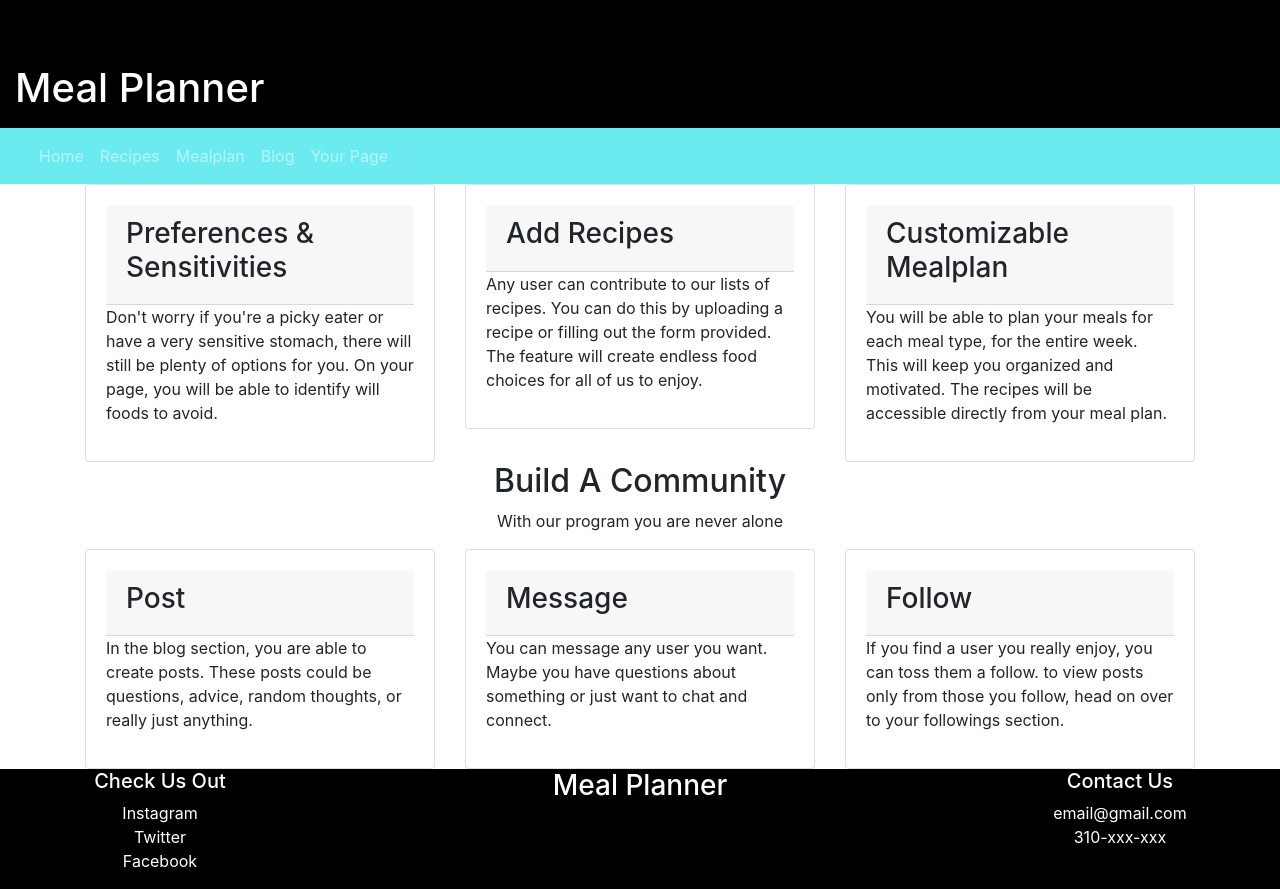
Repository: madisonisfan/mealplanner-react
Page: /
The author's editor kept a copy of each file at every save. The page is drawn from the files as they stood at one save, then again after the next save.
The browser window is 1280 px wide. The pictures show the whole page.
The project was rebuilt for these pictures with package versions that can differ from the ones it lists, and the page was loaded fresh each time.

Above is the page before, as saved 2021-04-18 14:06:06.

After the next save:
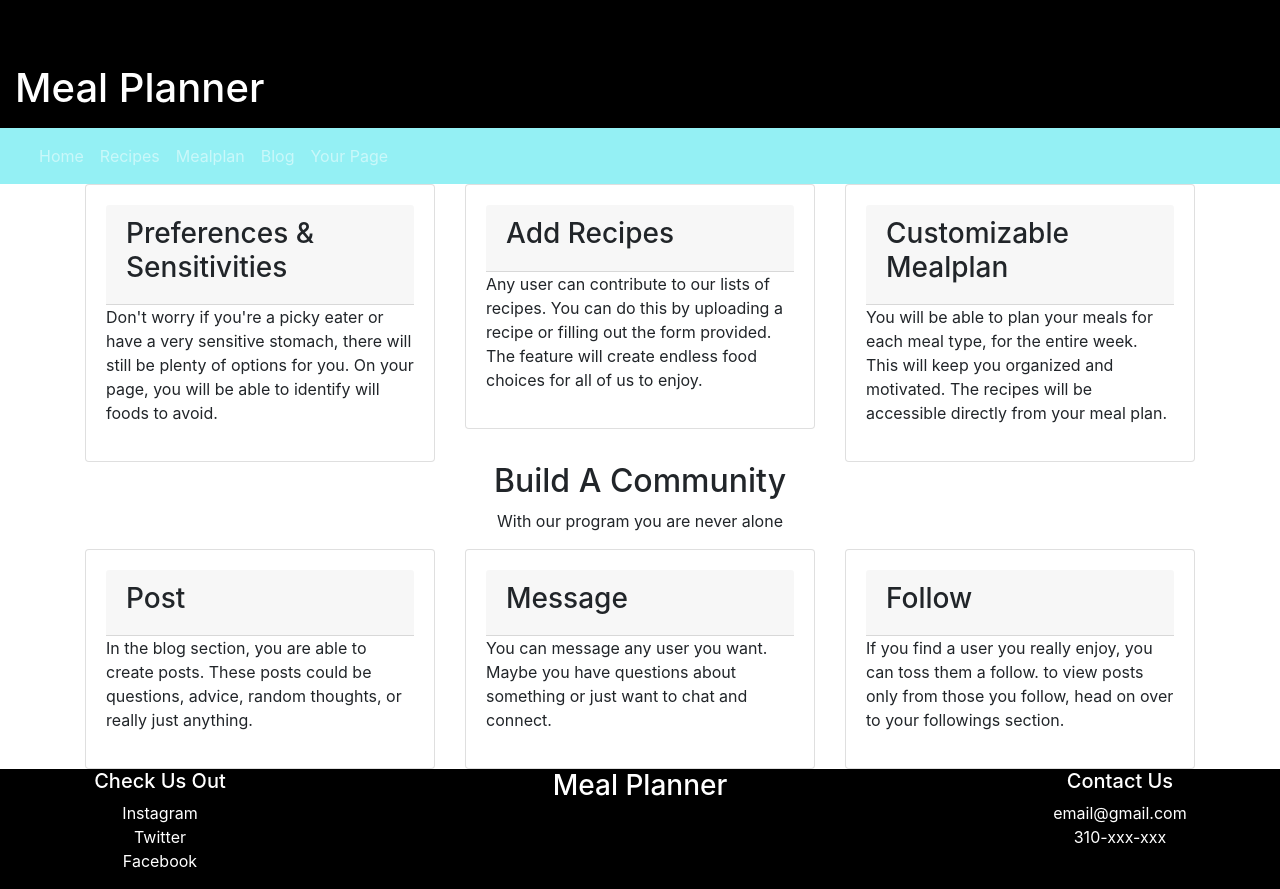
Saved 12 s later.
--- a/src/App.css
+++ b/src/App.css
@@ -6,7 +6,7 @@
 }
 
 .navbar {
-  background-color: #59e9eee3;
+  background-color: #87eff3e3;
   color: white;
 }
 
